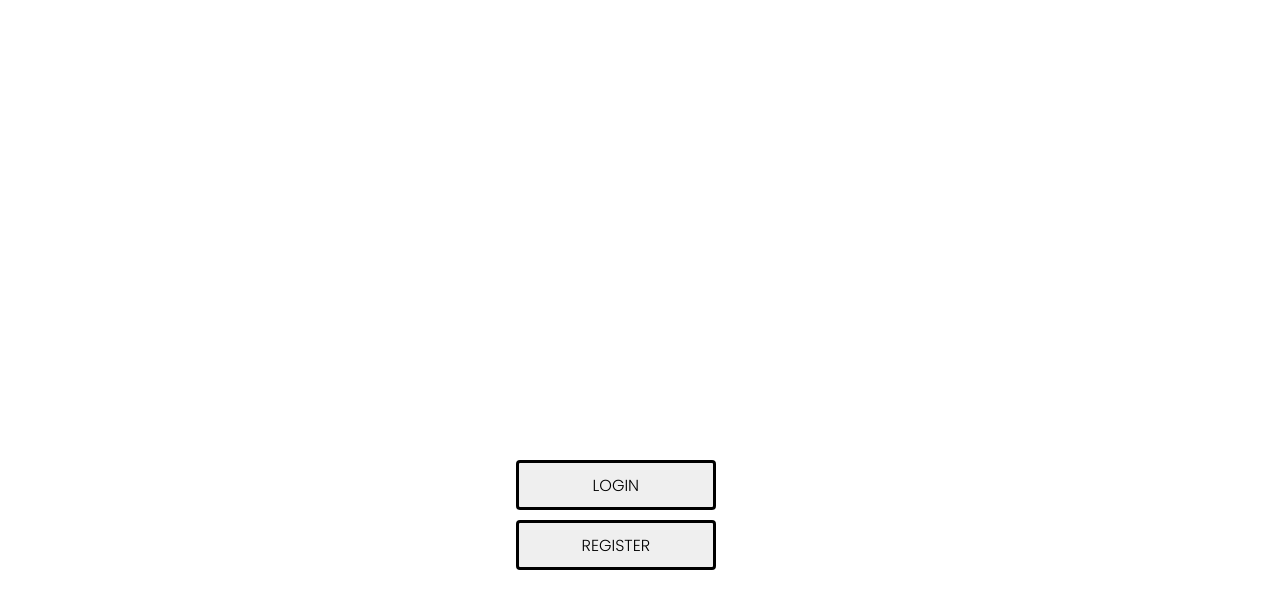
Repository: vu9ar/vu9ar.github.io
Page: WelcomePage/welcome.html
The author's editor kept a copy of each file at every save. The page is drawn from the files as they stood at one save, then again after the next save.
The browser window is 1280 px wide. The pictures show the whole page.

Above is the page before, as saved 2022-03-27 19:30:30.

### WelcomePage/welcome.html
<!DOCTYPE html>
<html>

<head>
    <meta charset="UTF-8">
    <link rel="stylesheet" href="style.css">
    <link rel="preconnect" href="https://fonts.gstatic.com" crossorigin>
    <link href="https://fonts.googleapis.com/css2?family=Poppins:wght@300&display=swap" rel="stylesheet">
    <link href="https://fonts.googleapis.com/css2?family=Poppins:wght@600&display=swap" rel="stylesheet">
    <meta name="viewport" content="width-device-width, initial-scale=1.0">
    <title>TMHL</title>
</head>


<body>

    <div class="intro">
        <h1 class="logo-header">
            <span class="Logo">Mar</span> <span class="Logo">ginal</span>
        </h1>
    </div>

    <form action="../loginRegister/loginForVerified.html">
        <button class="button">LOGIN</button>
    </form>

    <form action="/loginRegister/guestToVerifiedRegister.html">
        <button class="button">REGISTER</button>
    </form>
    <script src="app.js"></script>

</body>


</html>

### WelcomePage/style.css
* {
    margin: 0;
    padding: 0;
    box-sizing: border-box;
    font-family: 'Poppins', sans-serif;
}


/* Splash */

.intro {
    position: fixed;
    z-index: 1;
    left: 0;
    right: 0;
    width: 100%;
    height: 100vh;
    background-color: #161616;
    transition: 1s;
}

.logo-header {
    position: absolute;
    top: 40%;
    left: 50%;
    transform: translate(-50%, -50%);
    color: #ffffff;
}

.Logo {
    position: relative;
    display: inline-block;
    /*left: 0;*/
    bottom: -20px;
    opacity: 0;
}

.Logo.active {
    bottom: 0;
    opacity: 1;
    transition: ease-in-out 0.5s;
}

.Logo.fade {
    bottom: 150px;
    opacity: 0;
    transition: ease-in-out 0.5;
}

.button {
    width: 200px;
    height: 50px;
    left: 40.3%;
    top: 450px;
    margin-top: 10px;
    bottom: 50%;
    border: none;
    color: black;
    border-radius: 4px;
    transition: ease-out 0.3s;
    font-size: 1rem;
    outline: none;
    border: 3px solid black;
    position: relative;
    z-index: 1;
}

.button:hover {
    color: #ffffff;
    cursor: pointer;
}

.button:before {
    transition: 0.5s all ease;
    position: absolute;
    top: 0;
    left: 50%;
    right: 50%;
    bottom: 0;
    opacity: 0;
    content: "";
    background-color: #42BFB2;
}

.button:hover:before {
    transition: 0.5s all ease;
    left: 0;
    right: 0;
    opacity: 1;
    z-index: -1;
}

### WelcomePage/app.js
let intro = document.querySelector('.intro');
let logo = document.querySelector('.logo-header');
let logoSpan = document.querySelectorAll('.Logo');
let button = document.querySelectorAll('.button');

window.addEventListener('DOMContentLoaded', () => {

    setTimeout(() => {

        logoSpan.forEach((span, idx) => {
            setTimeout(() => {
                span.classList.add('active');
            }, (idx + 1) * 400);
        });

        setTimeout(() => {
            logoSpan.forEach((span, idx) => {

                setTimeout(() => {
                    span.classList.remove('active');
                    span.classList.add('fade');
                }, (idx + 1) * 50);
            })
        }, 2000);


        setTimeout(() => {
            intro.style.top = '-100vh';
        }, 2300);

    });
});

After the next save:
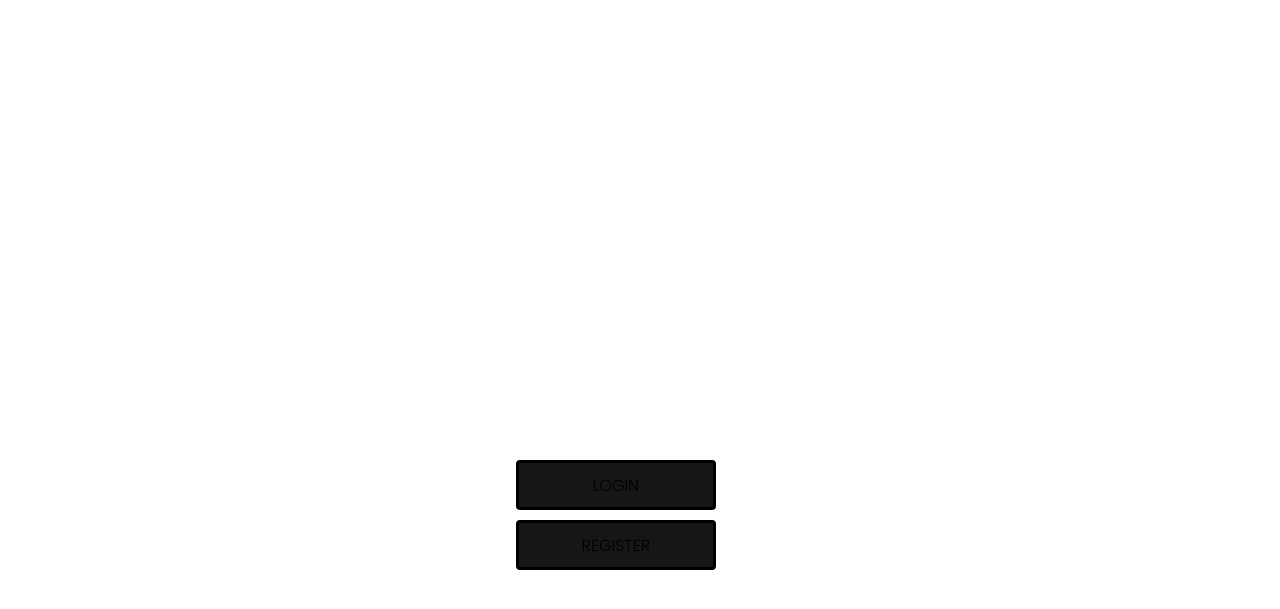
Saved 36 s later.
--- a/WelcomePage/style.css
+++ b/WelcomePage/style.css
@@ -63,6 +63,7 @@
     border: 3px solid black;
     position: relative;
     z-index: 1;
+    background-color: #161616;
 }
 
 .button:hover {
